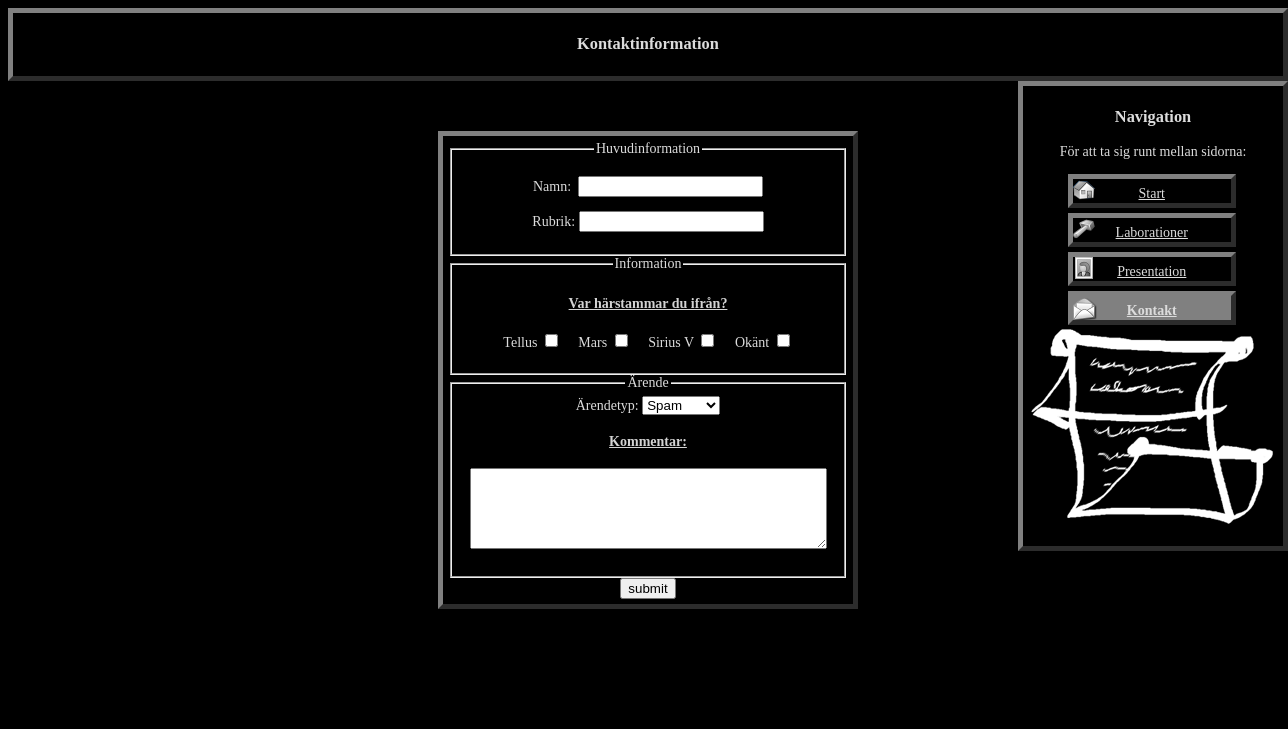
Repository: cg222im/1IK415_cg222im
Page: pages/kontakt.html
The author's editor kept a record of every edit. The page is drawn from the files as they stood at one moment, then again after the next edit.
The browser window is 1280 px wide. The page is 1288 px wide, so the pictures cover 1288 px, including what lies to the right of the window. The pictures show the whole page.

Above is the page before.

After the next edit:
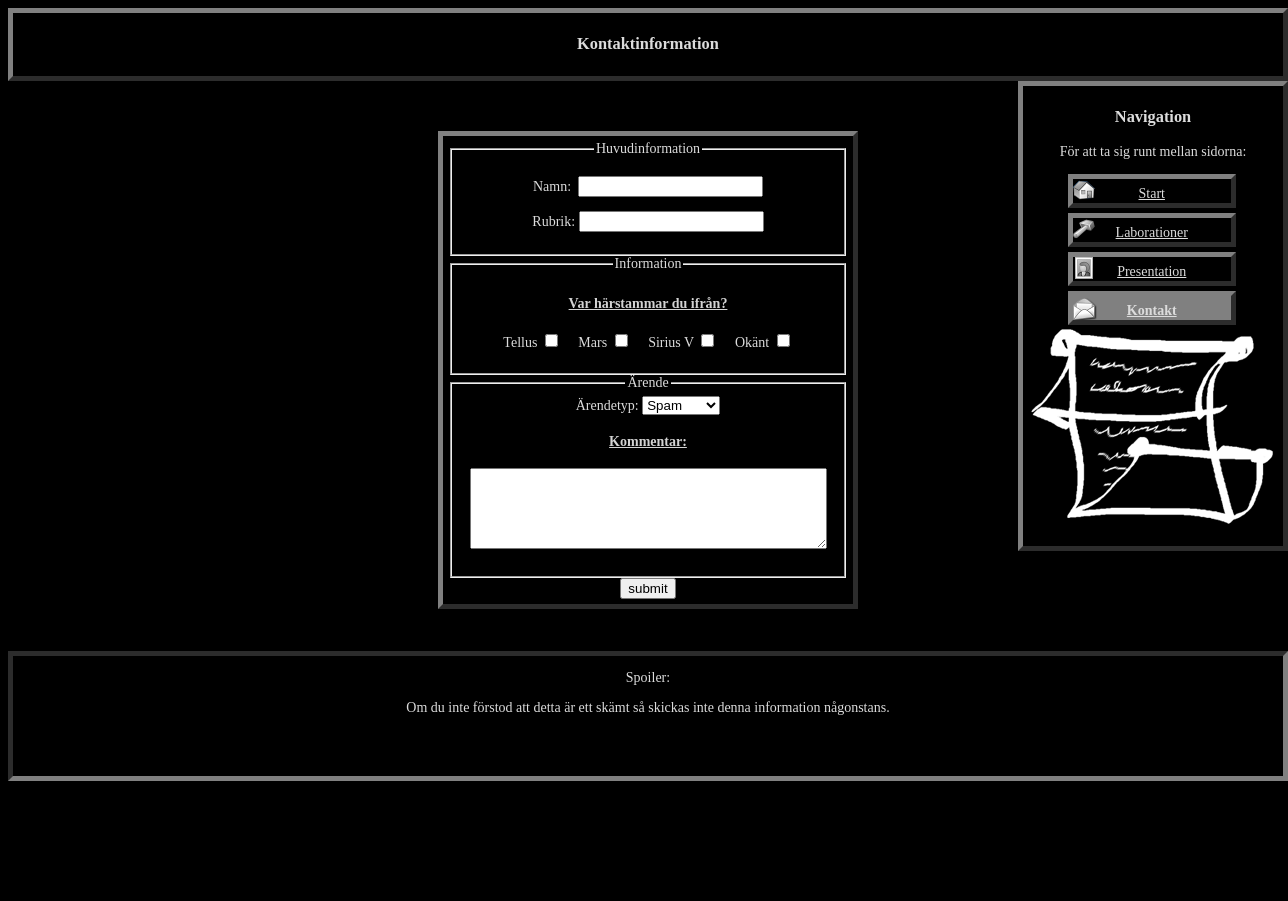
The edit:
--- a/pages/kontakt.html
+++ b/pages/kontakt.html
@@ -96,7 +96,10 @@
 
                 </form>
             </div>
-
+        <div id="footer">
+            <p>Spoiler:</p>
+            <p>Om du inte förstod att detta är ett skämt så skickas inte denna information någonstans.</p>
+        </div>
         </div>
     </div>
 
